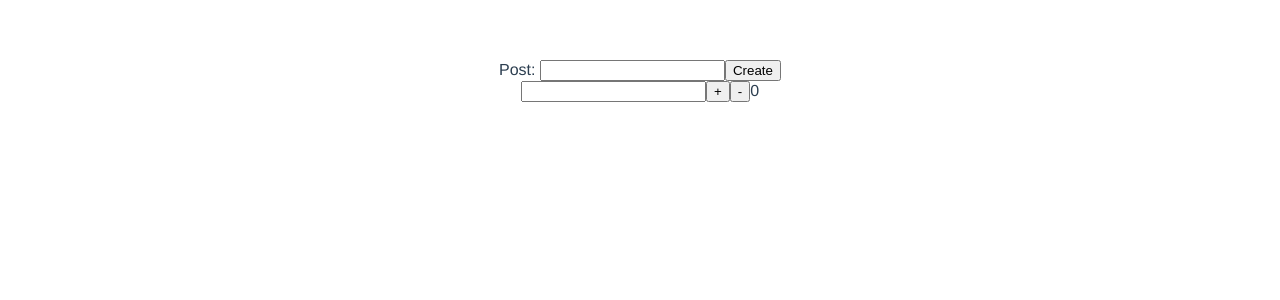
Repository: AnatoliyZaporozhets/HomeTask
Page: / (app in HomeWork_2/Task_1/), after clicking the first element matching `button`
These files come from the project's save history. The page is drawn as it stood at one moment and after the next save; the edit follows.
The browser window is 1280 px wide. The pictures show the whole page.
The project was rebuilt for these pictures with package versions that can differ from the ones it lists, and the page was loaded fresh each time. Also part of the build but not shown: HomeWork_2/Task_1/vue.config.js.

Above is the page before, as saved 2022-04-17 16:27:20.

### HomeWork_2/Task_1/src/App.vue
<template>
  <div>
    <create-post @pushPost='pushArr' />
    <post-list v-for="(post,index) in postListArr" :key="index" :posts='post'/>

  </div>
</template>

<script>
import CreatePost from './components/CreatePost'
import PostList from './components/PostList'
export default {
  name: 'App',
  components: {
   CreatePost,
   PostList
  },
  data(){
    return{
      postListArr:[],
    }

  },
  methods:{
      pushArr(inp){
        this.postListArr.push({post : inp})
        console.log(this.postListArr);
      }
    }
}
</script>

<style>
#app {
  font-family: Avenir, Helvetica, Arial, sans-serif;
  -webkit-font-smoothing: antialiased;
  -moz-osx-font-smoothing: grayscale;
  text-align: center;
  color: #2c3e50;
  margin-top: 60px;
}
</style>

### HomeWork_2/Task_1/src/components/CreatePost/index.vue
<template>
    <div>
        <label>
            Post:
            <input type="text"  v-model="post" />
            <button @click='go'>Create</button>
        </label>
    </div>
</template>

<script>
    export default {
      name:'CreatePost' ,
      data(){
          return{
              post:''
          }
      },
     methods:{
      go(){
        this.$emit('pushPost',this.post)
        this.post=''
      }
    }
    }
</script>

<style lang="css" scoped>

</style>

### HomeWork_2/Task_1/src/components/PostList/index.vue
<template>
    <div>
        <input type="text" name="" id="">
        <button @click="onChange(1)">+</button>
        <button @click="onChange(-1)">-</button>
        <span>{{likes}}</span>
    </div>
</template>

<script>
    export default {
        name:'PostList',

        props: {
            postListArray: {
                type: Array,
                default: ()=>[]
            }
        },
    data(){
        return{
            likes:0
        }
    },
    methods: {
    onChange(increment) {
      this.likes+=increment
    },

    }}

</script>

<style lang="scss" scoped>

</style>

Loaded but not shown: HomeWork_2/Task_1/public/index.html (common file); HomeWork_2/Task_1/src/main.js (common file)

After the next save:
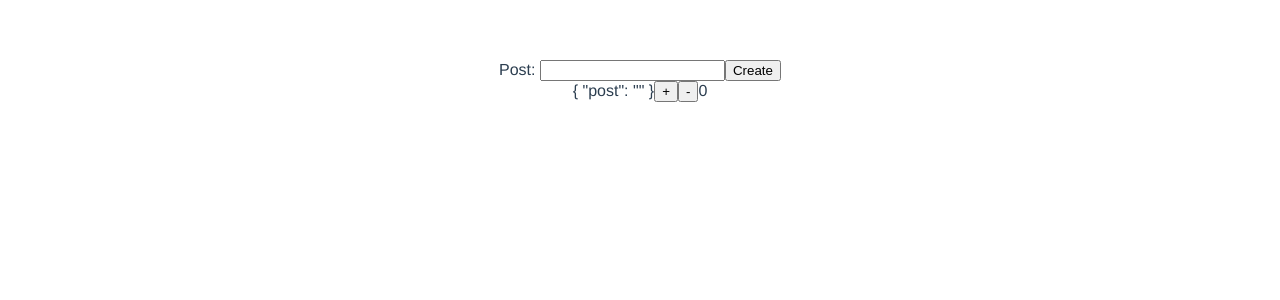
Saved 5 s later.
--- a/HomeWork_2/Task_1/src/components/PostList/index.vue
+++ b/HomeWork_2/Task_1/src/components/PostList/index.vue
@@ -1,6 +1,6 @@
 <template>
     <div>
-        <input type="text" name="" id="">
+        <label>{{posts}}</label>
         <button @click="onChange(1)">+</button>
         <button @click="onChange(-1)">-</button>
         <span>{{likes}}</span>
@@ -12,9 +12,9 @@
         name:'PostList',
 
         props: {
-            postListArray: {
-                type: Array,
-                default: ()=>[]
+            posts: {
+                type: String,
+                default: ''
             }
         },
     data(){
